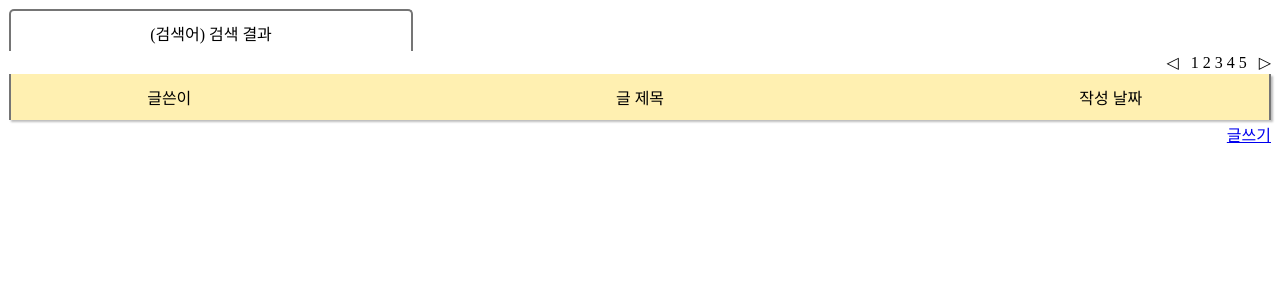
Repository: GOHO97/Haheeho
Page: http://localhost/Haheeho_Adblock/WEB-INF/views/board/board.jsp
These files come from the project's save history. The page is drawn as it stood at one moment and after the next save; the edit follows.
The browser window is 1280 px wide. The pictures show the whole page.
The page is served by Tomcat 9. Nobody is signed in. The template is opened directly, without the code that normally fills it, so the values that code supplies are empty.

Above is the page before, as saved 2022-11-01 03:22:40.

After the next save:
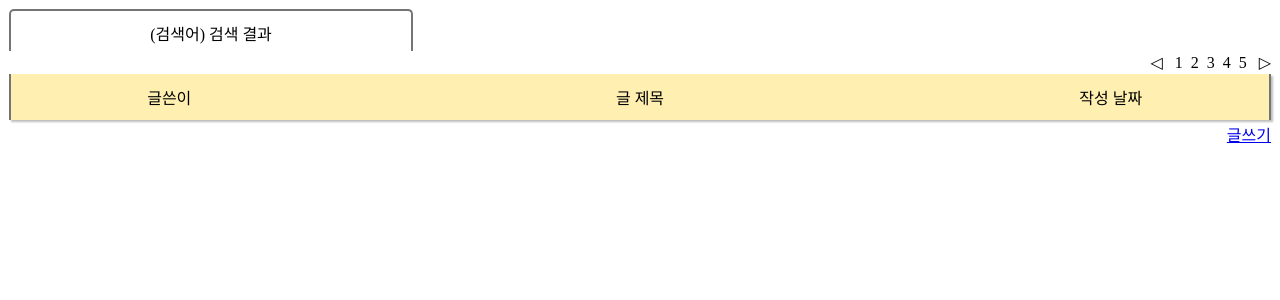
Saved 25 s later.
--- a/Haheeho_Adblock/src/main/webapp/WEB-INF/views/board/board.jsp
+++ b/Haheeho_Adblock/src/main/webapp/WEB-INF/views/board/board.jsp
@@ -18,7 +18,7 @@
 		</tr>
 		<tr>
 			<td align="right">
-				◁ &nbsp;&nbsp;1 2 3 4 5&nbsp;&nbsp; ▷
+				◁ &nbsp;&nbsp;1&nbsp;&nbsp;2&nbsp;&nbsp;3&nbsp;&nbsp;4&nbsp;&nbsp;5&nbsp;&nbsp; ▷
 			</td>
 		</tr>
 		<tr>
